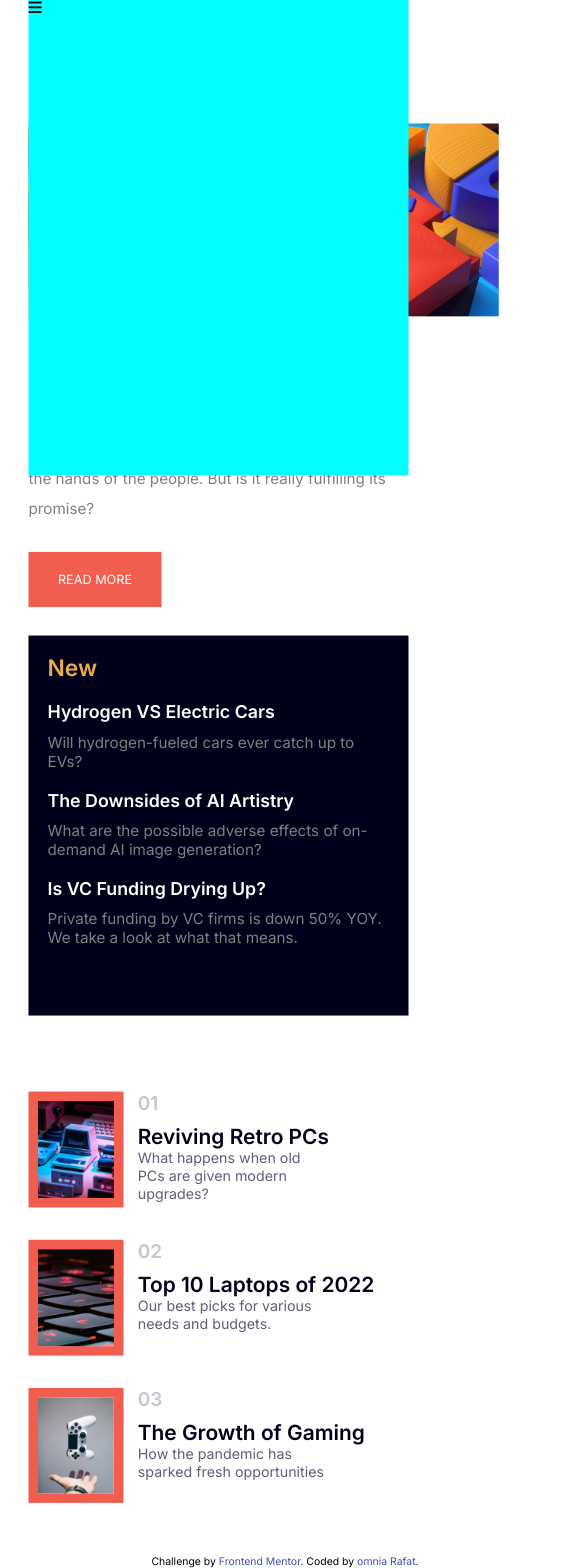
Repository: OmniaRafat232111121/HomePage
Page: index.html
An editor plug-in stored every save of this project. The page is shown before and after a run of saves, followed by the edit.
The browser window is 600 px wide. The pictures show the whole page, at 95% of full size.
After loading, the first visible `#menu-btn` was clicked once.

Above is the page before, as saved 2022-12-17 23:38:04.

### index.html
<!DOCTYPE html>
<html lang="en">
<head>
  <meta charset="UTF-8">
  <meta name="viewport" content="width=device-width, initial-scale=1.0"> <!-- displays site properly based on user's device -->

  <link rel="icon" type="image/png" sizes="32x32" href="./assets/images/favicon-32x32.png">

  <title>Frontend Mentor | News homepage</title>
   <style>
    .attribution { font-size: 11px; text-align: center; margin-top: 20px; }
    .attribution a { color: hsl(228, 45%, 44%); }
  </style>
  <!--font awesome-->
  <link rel="stylesheet" href="https://cdnjs.cloudflare.com/ajax/libs/font-awesome/6.2.1/css/all.min.css">
 <link rel="stylesheet" href="style.css">
</head>
<body>
  <!--header start-->
  <header class="header">
    <div class="logo">
      <a href="index.html">
        <img src="./assets/images/logo.svg" alt="image"/>
      </a>
    </div>


    <nav class="navbar">
      <ul>
        <li href="index.html"><a>Home</a></li>
        <li href="#new"><a>New</a></li>
        <li href="#popular"><a>Popular</a></li>
         <li href="#trending"><a>Trending</a></li>
         <li href="#categories"><a>Categories</a></li>

      </ul>
      <div class="icon">
       <i  id="menu-btn" class="fa-solid fa-bars"></i>
      </div>
    </nav>

  </header>
    <!--header ends-->
    <!--home start-->
    <section class="home">
      <div class="container">
        <div class="col-play">
            <img src="./assets/images/image-web-3-desktop.jpg" alt="image"/>
            <div class="content">
              <div class="heading">
                <h1>The bright future of web 3.0?</h1>

              </div>
              <div class="reading">
               <p> We dive into the next evolution of the web that claims to put the power of the platforms back into the hands of the people.
                   But is it really fulfilling its promise?</p>
                 <button>Read More</button>
                  </div>

            </div>
        </div>
        <div class="col-content">
         <div class="new">
         <h2>New</h2>
      <h3><a href="#">Hydrogen VS Electric Cars</a></h3>
      <p>Will hydrogen-fueled cars ever catch up to EVs?</p>
      <h3><a href="#">The Downsides of AI Artistry</a></h3>
      <p>What are the possible adverse effects of on-demand AI image generation?</p>
      <h3><a href="#">Is VC Funding Drying Up?</a></h3>
      <p>Private funding by VC firms is down 50% YOY. We take a look at what that means.</p>

         </div>
        </div>




        <div class="products" id="products">
          <div class="product">
            <div class="image">
            <img src="./assets/images/image-retro-pcs.jpg" alt=""/>
            </div>
            <div class="con">
              <span>01</span>
                <h2><a href="#">Reviving Retro PCs</a></h2>
          <p>What happens when old PCs are given modern upgrades?</p>
            </div>

          </div>
          <div class="product">
        <div class="image">
            <img src="./assets/images/image-top-laptops.jpg" alt="j"/>
            </div>
            <div class="con">
              <span>02</span>
              <h2><a href="#">Top 10 Laptops of 2022</a></h2>
          <p>Our best picks for various needs and budgets.</p>
            </div>

        </div>
        <div class="product">
        <div class="image">
            <img src="./assets/images/image-gaming-growth.jpg" alt="j"/>
            </div>
            <div class="con">
              <span>03</span>
               <h2><a href="#">The Growth of Gaming</a></h2>
          <p>How the pandemic has sparked fresh opportunities</p>
            </div>

        </div>
      </div>
    </section>
    <!--home end-->
  <div class="attribution">
    Challenge by <a href="https://www.frontendmentor.io?ref=challenge" target="_blank">Frontend Mentor</a>.
    Coded by <a href="#">omnia Rafat</a>.
  </div>
</body>
<script src="main.js"></script>
</html>

### style.css
@import url('https://fonts.googleapis.com/css2?family=Be+Vietnam+Pro:wght@100&family=Inter:wght@100;300;400;500;600&family=Montserrat:wght@400;700&family=Nunito:ital,wght@0,200;0,300;1,200&family=Open+Sans:ital,wght@0,300;0,600;0,700;1,300&family=Poppins:ital,wght@0,200;0,300;0,600;0,800;0,900;1,100;1,200;1,300;1,500&family=Work+Sans:ital,wght@0,100;0,200;0,400;0,500;1,200;1,300&display=swap');
*{
    margin:0;
    padding:0;
    box-sizing: border-box;
    font-family: Inter;
}
ul {
    list-style: none;
}
a{
    text-decoration: none;
    color: hsl(240, 100%, 5%);
}
a:hover{
     color: hsl(5, 85%, 63%);
}
.header{
    width: 100%;
    height:100px;
    display:flex;
    align-items: center;
    justify-content: space-between;
    padding:30px;
}
.header nav ul li{
    display: inline-block;
    padding:20px;
}
/*home*/
.home{
    padding:30px;
}
.container{
    display: grid;
  grid-template-columns: repeat(auto-fit, minmax(550px,1fr));
   grid-gap:30px;

}
.col-play{
    flex-basis: 80%;
}
.col-play img{
    max-width: 100%;
    width:100%;
}
.content{
      display: grid;
  grid-template-columns: repeat(auto-fit, minmax(250px,1fr));
   grid-gap:30px;
   margin-top: 30px;
}

.heading h1{
    width:80%;
    font-size: 40px;
    font-weight: bold;
}
.reading{
    flex-basis: 50%;
}
.reading button{
    color:white;
    margin-top: 30px;
    background-color:hsl(5, 85%, 63%);
    border:1px solid transparent;
    padding:20px 30px ;
    text-transform: uppercase;
    display:block;
}
.reading button:hover{
color:hsl(5, 85%, 63%);
background-color: #000;
}
.reading p{
    color:hsl(0, 0%, 50%);
    line-height:2;
    font-size: 15px;
}
.col-content{
    flex-basis: 20%;
}
.new{
    width:400px;
    height:400px;
    background-color: hsl(240, 100%, 5%);
    color:#fff;
    padding:20px;
}

.new h2{
    color:hsl(35, 77%, 62%);
}
.new h3 a{
    color:#fff;
    padding-top: 20px;

}
.new h3{
    margin-top: 20px;
}
.new p{
    color:hsl(0, 0%, 50%);
    margin-top: 10px;
}

.products{
 display: grid;
grid-template-columns: repeat(3, 350px);
margin-top: 50px;
gap: 20px;
}
.product{
    display: grid;
    gap: 15px;
    grid-template-columns: 100px 200px;;
}
.product .image img{
    max-width: 100%;
    width:100% ;
    border:10px solid hsl(5, 85%, 63%);
    overflow: hidden;


}
.product .image img:hover{
    transform: scale(0.9);


}
.product .con span{
   color:hsl(233, 8%, 79%);
   font-weight: 800;
   font-size: 20px;
}
.product h2{
    font-size: 22px;
    font-weight: bold;
    width:300px;
    margin:auto;
    margin-top: 10px;
}
.product p{
    font-size: 15px;
    color: hsl(236, 13%, 42%);

}
.icon i{

    display:none;
}
@media (max-width:767px) {


.products{
 display: grid;
grid-template-columns: repeat(1, 500px);
margin-top: 50px;
gap: 30px;
}
.content{
      display: grid;
  grid-template-columns: repeat(auto-fit, minmax(300px,1fr));
   grid-gap:30px;
   margin-top: 30px;
}
.content p{
    font-size: 16px;
    width:400px;
}
.header nav ul li{
    display: none;
    padding:20px;
}
.heading h1{
    font-size: 22px;
    font-weight: bold;
}
.col-play img{
    width:90%;
}

}
@media (max-width:700px) {
    .navbar{
        position:relative;
    }
    .icon i{
    color:rgb(41, 2, 2);
    display: block;
    position:absolute;
    top:0;
    left:0;
    }

    #menu-btn{
        /* display:none; */
    }
   .navbar.active {
    background-color: aqua;
    width:400px;
    height:500px;
    position:absolute;
    top:0;
    left:120;
   }
}

### main.js
let navbar = document.querySelector('.navbar');
document.querySelector('#menu-btn').onclick = () => {
     navbar.classList.toggle('active');
    console.log('jdhd')
}

After the next 2 saves:
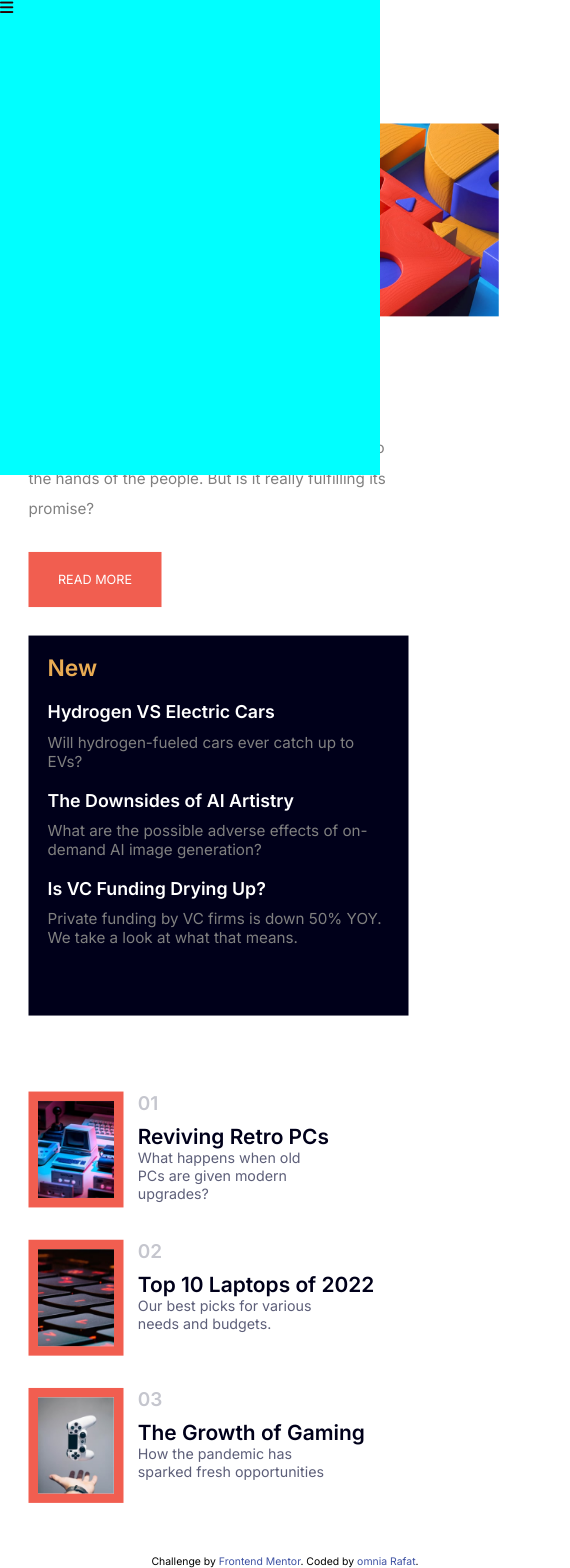
The 2 saves are shown as one change because they came seconds apart.
The last was saved 12 s later.
--- a/style.css
+++ b/style.css
@@ -202,6 +202,6 @@ gap: 30px;
     height:500px;
     position:absolute;
     top:0;
-    left:120;
+    left:0;
    }
 }
